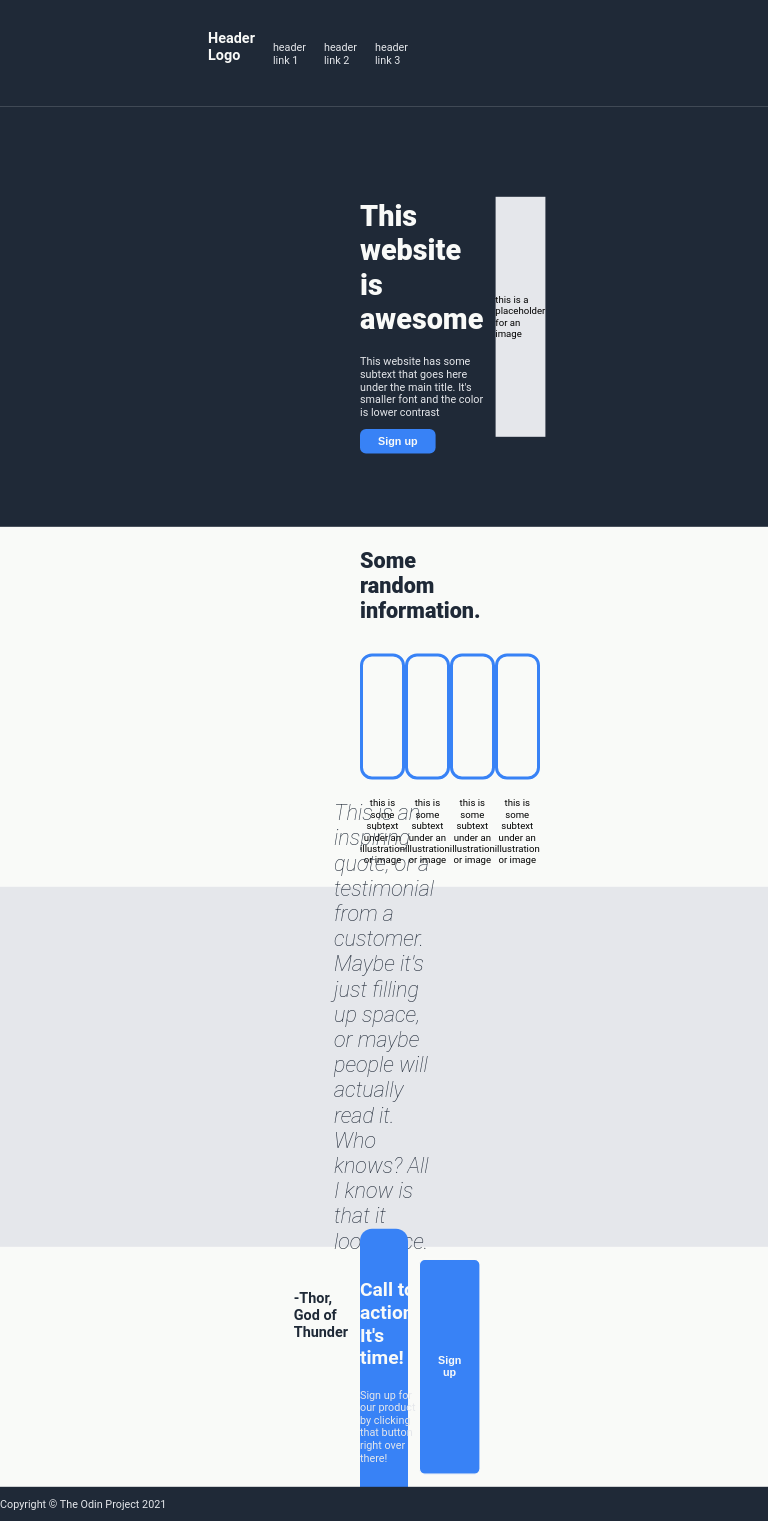
Repository: rsoetydev/landing-page
Page: index.html
An editor plug-in stored every save of this project. The page is shown before and after the next save, followed by the edit.
The browser window is 1280 px wide. The pictures show the whole page, at 60% of full size.

Above is the page before, as saved 2023-11-28 10:51:43.

After the next save:
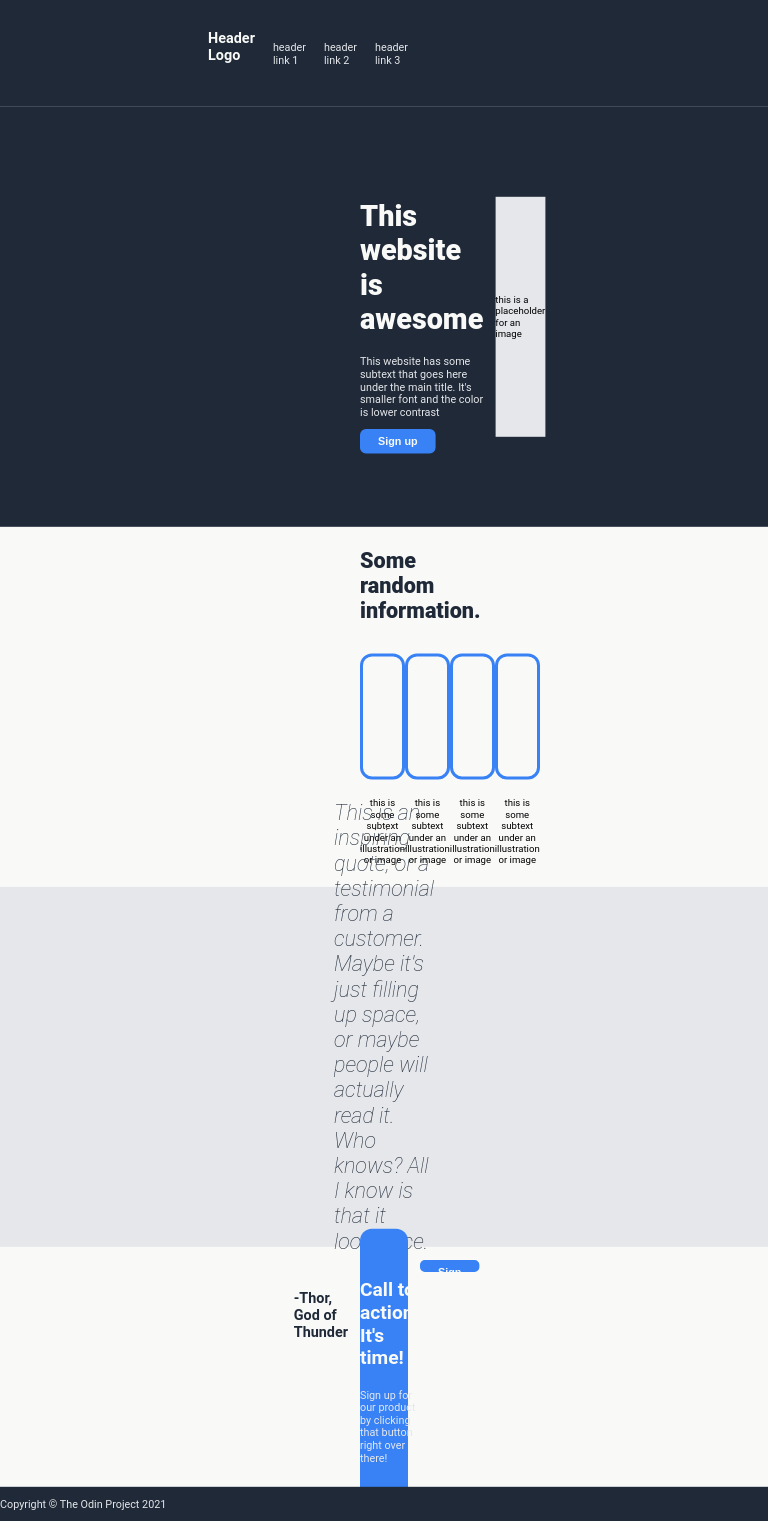
Saved 11 s later.
--- a/style.css
+++ b/style.css
@@ -161,7 +161,6 @@ button{
     justify-content: space-around;
     padding: 50px 0px;
     border-radius: 20px;
-    flex-grow: 0;
 }
 
 h3{
@@ -175,7 +174,7 @@ h3{
     border-style: solid;
     border-color: var(--white);
     border-width: 2px;
-    flex-grow: 0;
+    height:20px;
 }
 
 .footer{
